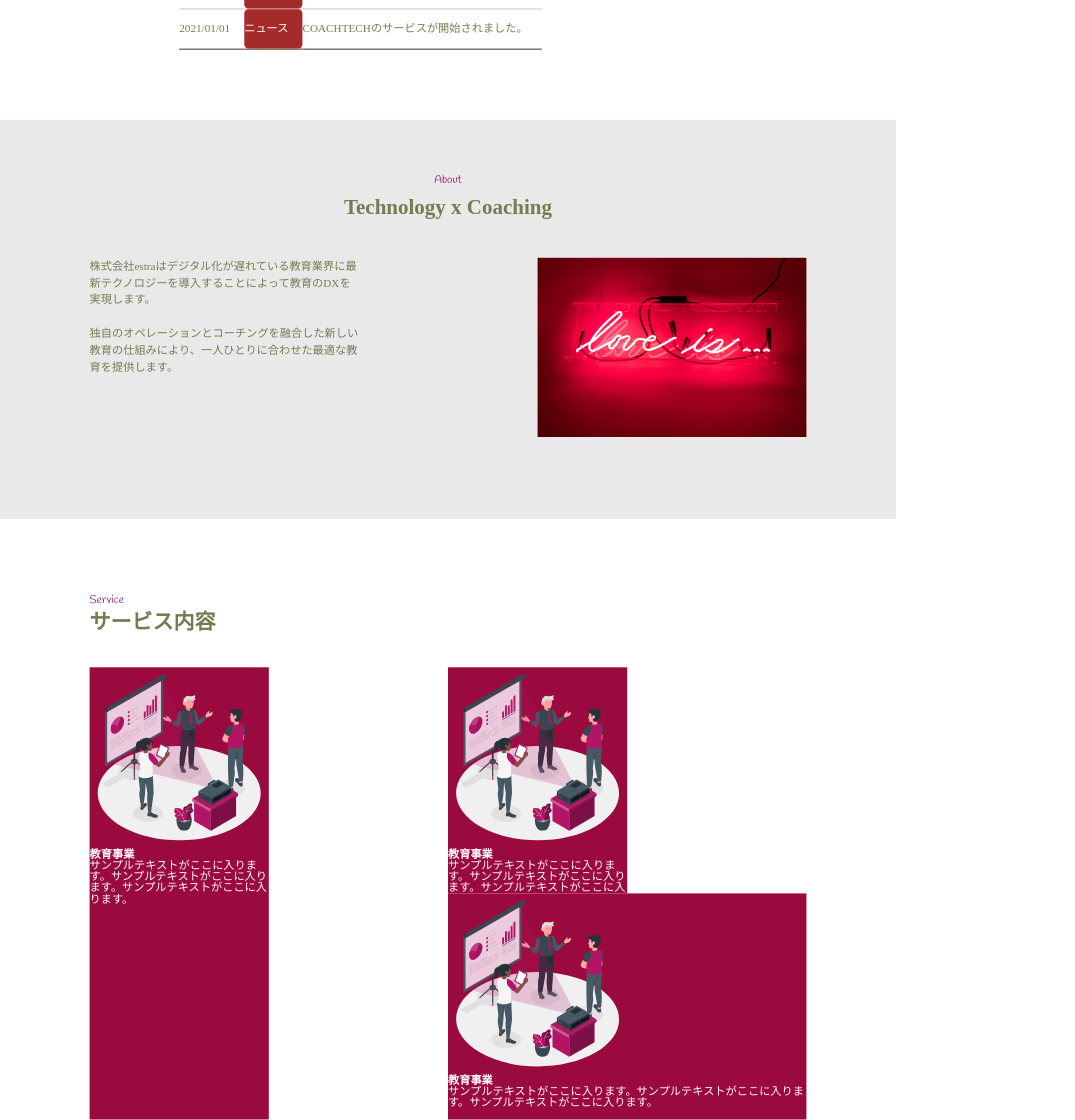
Repository: masanarimiura/20220504miura
Page: index.html
The author's editor kept a copy of each file at every save. The page is drawn from the files as they stood at one save, then again after the next save.
The browser window is 1280 px wide. The page is 1536 px wide, so the pictures cover 1536 px, including what lies to the right of the window. The pictures show the part of the page from y = 965 to 2565 px (the page is 2565 px tall), at 70% of full size.
Some web fonts or font styles are not loaded; a fallback is used.

Above is the page before, as saved 2022-05-04 21:59:49.

After the next save:
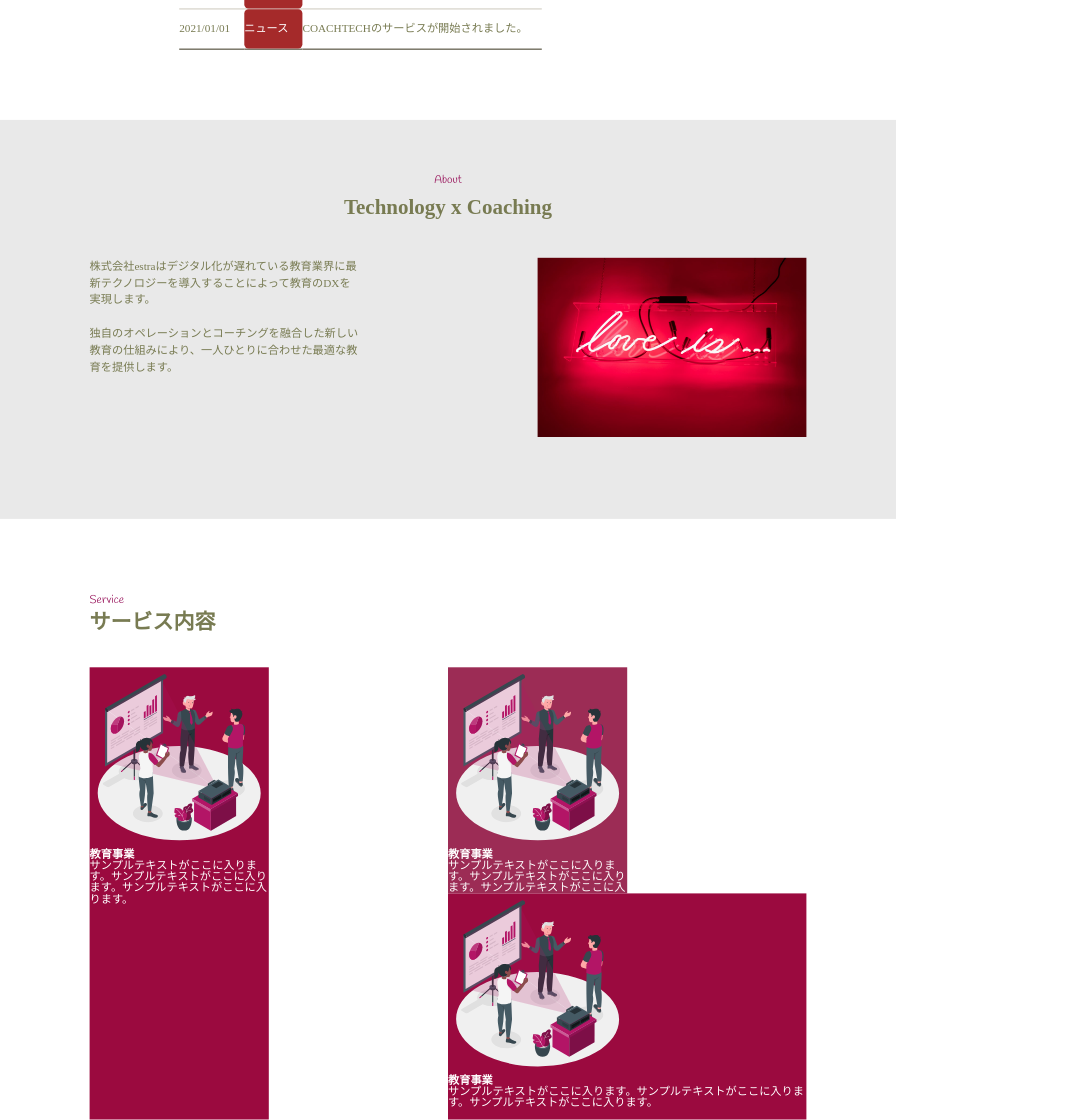
Saved 11 s later.
--- a/css/style.css
+++ b/css/style.css
@@ -158,7 +158,7 @@ a {
 .service-box2 {
   grid-column: 2/3;
   grid-row: 1/2;
-  background-color: rgb(155, 10, 63);
+  background-color: rgb(156, 44, 85);
 }
 .service-box3 {
   grid-column: 2/3;
